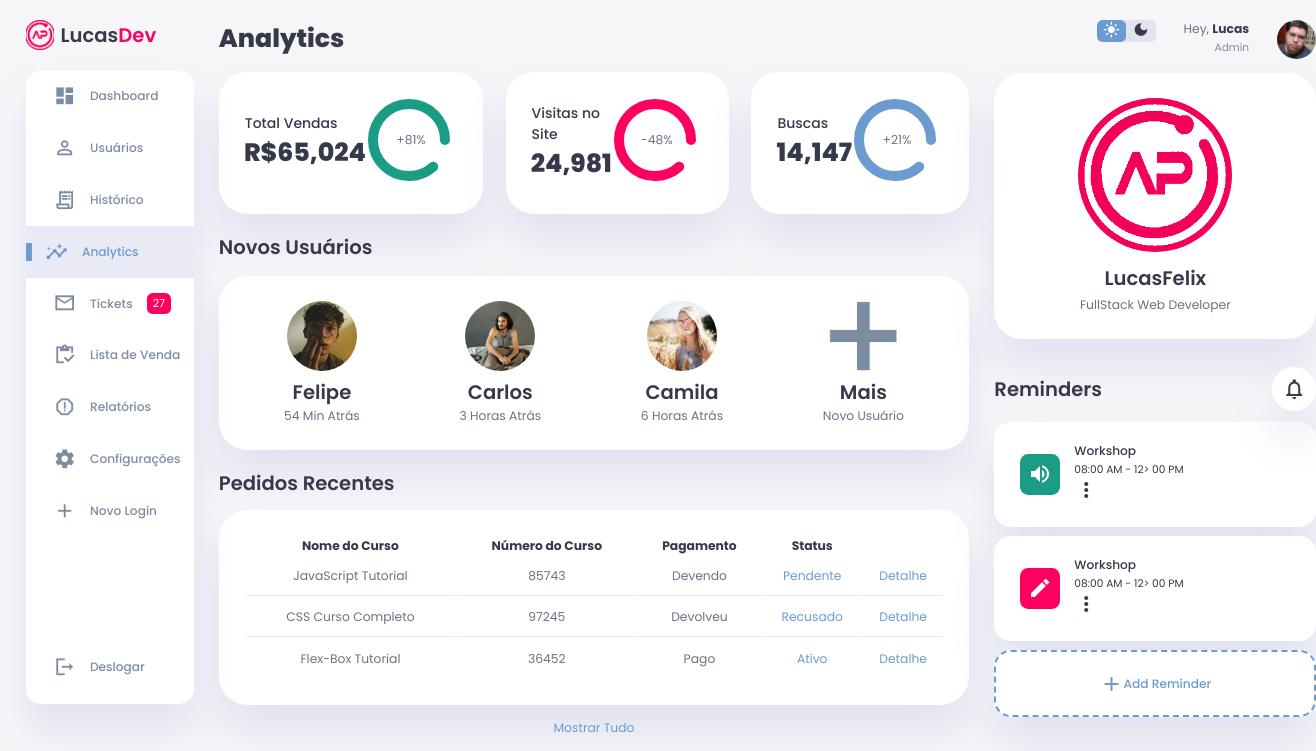
Repository: pheonix5/ProjetosRN-linux
Page: DashBoard/index.html
An editor plug-in stored every save of this project. The page is shown before and after the next save, followed by the edit.
The browser window is 1280 px wide. The page is 1316 px wide, so the pictures cover 1316 px, including what lies to the right of the window. The pictures show the whole page.

Above is the page before, as saved 2023-08-06 04:07:30.

### DashBoard/index.html
<!DOCTYPE html>
<html lang="pt-br">

<head>
  <meta charset="UTF-8">
  <meta name="viewport" content="width=device-width, initial-scale=1.0">
  <link href="https://fonts.googleapis.com/icon?family=Material+Icons+Sharp" rel="stylesheet">
  <link rel="stylesheet" href="style.css">
  <title>Responsive Dashboard Design #1</title>
</head>

<body>

  <div class="container">
    <!-- Siderbar Section -->
    <aside>
      <div class="toggle">
        <div class="logo">
          <img src="images/logo.png">
          <h2>Lucas<span class="danger">Dev</span></h2>
        </div>
        <div class="close" id="close-btn">
          <span class="material-icons-sharp">
            close
          </span>
        </div>
      </div>

      <div class="sidebar">
        <a href="#">
          <span class="material-icons-sharp">
            dashboard
          </span>
          <h3>Dashboard</h3>
        </a>
        <a href="#">
          <span class="material-icons-sharp">
            person_outline
          </span>
          <h3>Usuários</h3>
        </a>
        <a href="#">
          <span class="material-icons-sharp">
            receipt_long
          </span>
          <h3>Histórico</h3>
        </a>
        <a href="#" class="active">
          <span class="material-icons-sharp">
            insights
          </span>
          <h3>Analytics</h3>
        </a>
        <a href="#">
          <span class="material-icons-sharp">
            mail_outline
          </span>
          <h3>Tickets</h3>
          <span class="message_count">27</span>
        </a>
        <a href="#">
          <span class="material-icons-sharp">
            inventory
          </span>
          <h3>Lista de Venda</h3>
        </a>
        <a href="#">
          <span class="material-icons-sharp">
            report_gmailerrorred
          </span>
          <h3>Relatórios</h3>
        </a>
        <a href="#">
          <span class="material-icons-sharp">
            settings
          </span>
          <h3>Configurações</h3>
        </a>
        <a href="#">
          <span class="material-icons-sharp">
            add
          </span>
          <h3>Novo Login</h3>
        </a>
        <a href="#">
          <span class="material-icons-sharp">
            logout
          </span>
          <h3>Deslogar</h3>
        </a>
      </div>
    </aside>
    <!-- Fim da Seção do Sidebar-->

    <!-- Main Content-->
    <main>
      <h1>Analytics</h1>
      <!-- Analyses -->
      <div class="analyse">
        <div class="sales">
          <div class="status">
            <div class="info">
              <h3>Total Vendas</h3>
              <h1>R$65,024</h1>
            </div>
            <div class="progresss">
              <svg>
                <circle cx="38" cy="38" r="36"></circle>
              </svg>
              <div class="percentage">
                <p>+81%</p>
              </div>
            </div>
          </div>
        </div>

        <div class="visits">
          <div class="status">
            <div class="info">
              <h3>Visitas no Site</h3>
              <h1>24,981</h1>
            </div>
            <div class="progresss">
              <svg>
                <circle cx="38" cy="38" r="36"></circle>
              </svg>
              <div class="percentage">
                <p>-48%</p>
              </div>
            </div>
          </div>
        </div>

        <div class="searches">
          <div class="status">
            <div class="info">
              <h3>Buscas</h3>
              <h1>14,147</h1>
            </div>
            <div class="progresss">
              <svg>
                <circle cx="38" cy="38" r="36"></circle>
              </svg>
              <div class="percentage">
                <p>+21%</p>
              </div>
            </div>
          </div>
        </div>
      </div>
      <!-- End Of Analyses -->

      <!--  New Users Section -->
      <div class="new-users">
        <h2>Novos Usuários</h2>
        <div class="user-list">
          <div class="user">
            <img src="images/profile-2.jpg">
            <h2>Felipe</h2>
            <p>54 Min Atrás</p>
          </div>
          <div class="user">
            <img src="images/profile-3.jpg">
            <h2>Carlos</h2>
            <p>3 Horas Atrás</p>
          </div>
          <div class="user">
            <img src="images/profile-4.jpg">
            <h2>Camila</h2>
            <p>6 Horas Atrás</p>
          </div>
          <div class="user">
            <img src="images/plus.png">
            <h2>Mais</h2>
            <p>Novo Usuário</p>
          </div>
        </div>
      </div>
      <!-- End of New Users Section -->


      <!-- Recente Orders Table -->
      <div class="recent-orders">
        <h2>Pedidos Recentes</h2>
        <table>
          <thead>
            <tr>
              <th>Nome do  Curso</th>
              <th>Número do Curso</th>
              <th>Pagamento</th>
              <th>Status</th>
              <th></th>
            </tr>
          </thead>
          <tbody>

          </tbody>
        </table>
        <a href="#">Mostrar Tudo</a>
      </div>
      <!-- End of Recent Orders -->

    </main>
    <!-- End of Main Content -->

    <!-- Right Section-->
    <div class="right-section">
      <div class="nav">
        <button id="menu-btn">
          <span class="material-icons-sharp">
            menu
          </span>
        </button>
        <div class="dark-mode">
          <span class="material-icons-sharp active">
            light_mode
          </span>
          <span class="material-icons-sharp">
            dark_mode
          </span>
        </div>

        <div class="profile">
          <div class="info">
            <p>Hey, <b>Lucas</b></p>
            <small class="text-muted">Admin</small>
          </div>
          <div class="profile-photo">
            <img src="images/perfilgordo.png">
          </div>
        </div>

      </div>
      <!-- End of Nav -->

      <div class="user-profile">
        <div class="logo">
          <img src="images/logo.png">
          <h2>LucasFelix</h2>
          <p>FullStack Web Developer</p>
        </div>
      </div>

      <div class="reminders">
        <div class="header">
          <h2>Reminders</h2>
          <span class="material-icons-sharp">
            notifications_none
          </span>
        </div>

        <div class="notification">
          <div class="icon">
            <span class="material-icons-sharp">
              volume_up
            </span>
          </div>
          <div class="content">
            <div class="info">
              <h3>Workshop</h3>
              <small class="text_muted">
                08:00 AM - 12> 00 PM
              </small>
            </div>
            <span class="material-icons-sharp">
              more_vert
            </span>
          </div>
        </div>

        <div class="notification deactive">
          <div class="icon">
            <span class="material-icons-sharp">
              edit
            </span>
          </div>
          <div class="content">
            <div class="info">
              <h3>Workshop</h3>
              <small class="text_muted">
                08:00 AM - 12> 00 PM
              </small>
            </div>
            <span class="material-icons-sharp">
              more_vert
            </span>
          </div>
        </div>

        <div class="notification add-reminder">
          <div>
            <span class="material-icons-sharp">
              add
            </span>
            <h3>Add Reminder</h3>
          </div>
        </div>

      </div>
    </div>


  </div>

  <script src="orders.js"></script>
  <script src="index.js"></script>
</body>

</html>

### DashBoard/style.css
@import url('https://fonts.googleapis.com/css2?family=Barlow:ital,wght@0,100;0,200;0,300;0,400;0,500;0,600;0,700;0,800;0,900;1,100;1,200;1,300;1,400;1,500;1,600;1,700;1,800;1,900&family=Poppins:wght@300;400;500;600;700;800&display=swap');

:root{
  --color-primary: #6C9BCF;
    --color-danger: #FF0060;
    --color-success: #1B9C85;
    --color-warning: #F7D060;
    --color-white: #fff;
    --color-info-dark: #7d8da1;
    --color-dark: #363949;
    --color-light: rgba(132, 139, 200, 0.18);
    --color-dark-variant: #677483;
    --color-background: #f6f6f9;

    --card-border-radius: 2rem;
    --border-radius-1: 0.4rem;
    --border-radius-2: 1.2rem;

    --card-padding: 1.8rem;
    --padding-1: 1.2rem;

    --box-shadow: 0 2rem 3rem var(--color-light);
}

.dark-mode-variables{
  --color-background: #181a1e;
    --color-white: #202528;
    --color-dark: #edeffd;
    --color-dark-variant: #a3bdcc;
    --color-light: rgba(0, 0, 0, 0.4);
    --box-shadow: 0 2rem 3rem var(--color-light);
}

*{
  margin: 0;
  padding: 0;
  outline: 0;
  appearance: 0;
  border: 0;
  text-decoration: none;
  box-sizing: border-box;
}

html{
  font-size: 14px;
}

body{
  width: 100vw;
  height: 100vh;
  font-family: 'Poppins', sans-serif;
  font-size: 0.88rem;
  user-select: none;
  overflow-x: hidden;
  color: var(--color-dark);
  background-color: var(--color-background);
}

a{
  color: var(--color-dark);
}

img{
  display: block;
  width: 100%;
  object-fit: cover;
}

h1{
  font-weight: 800;
  font-size: 1.8rem;
}

h2{
  font-weight: 600;
  font-size: 1.4rem;
}

h3{
  font-weight: 500;
  font-size: 0.87rem;
}

small{
  font-size: 0.76rem;
}

p{
  color: var(--color-dark-variant);
}

b{
  color: var(--color-dark);
}

.text-muted{
  color: var(--color-info-dark);
}

.primary{
  color: var(--color-primary);
}

.danger{
  color: var(--color-danger);
}

.sucess{
  color: var(--color-success);
}

.warning{
  color: var(--color-warning);
}

.container{
  display: grid;
  width: 96%;
  margin: 0 auto;
  gap: 1.8rem;
  grid-template-columns: 12rem auto 23rem;
}

aside{
  height: 100vh;
}

aside .toggle{
  display: flex;
  align-items: center;
  justify-content: space-between;
  margin-top: 1.4rem;
}

aside .toggle .logo{
  display: flex;
  gap: 0.5rem;
}

aside .toggle .logo img{
  width: 2rem;
  width: 2rem;
}

aside .toggle .close{
  padding-right: 1rem;
  display: none;
}

aside .sidebar{
  display: flex;
  flex-direction: column;
  background-color: var(--color-white);
  box-shadow: var(--box-shadow);
  border-radius: 15px;
  height: 88vh;
  position: relative;
  top: 1.5rem;
  transition: all 0.3s ease;
}

aside .sidebar:hover{
  box-shadow: none;
}

aside .sidebar a{
  display: flex;
  align-items: center;
  color:  var(--color-info-dark);
  height: 3.7rem;
  gap: 1rem;
  position: relative;
  margin-left: 2rem;
  transition: all 0.3s ease;
}

aside .sidebar a span{
  font-size: 1.6rem;
  transition: all 0.3s ease;
}

aside .sidebar a:last-child{
  position: absolute;
  bottom: 0.8rem;
  width: 100%;
}

aside .sidebar a.active{
  width: 100%;
  color: var(--color-primary);
  background-color: var(--color-light);
  margin-left: 0;
}

aside .sidebar a.active::before{
  content: '';
  width: 6px;
  height: 18px;
  background-color: var(--color-primary);
}

aside .sidebar a.active span{
  color: var(--color-primary);
  margin-left: calc(1rem -3px);
}

aside .sidebar a:hover{
  color: var(--color-primary);
}

aside .sidebar a:hover span{
  margin-left: 0.6rem;
}

aside .sidebar .message_count{
  background-color: var(--color-danger);
  padding: 2px 6px;
  color: var(--color-white);
  font-size: 11px;
  border-radius: var(--border-radius-1);
}

main{
  margin-top: 1.4rem;
}

main .analyse{
  display: grid;
  grid-template-columns: repeat(3, 1fr);
  gap: 1.6rem;
}

main .analyse > div{
  background-color: var(--color-white);
  padding: var(--card-padding);
  border-radius: var(--card-border-radius);
  margin-top: 1rem;
  box-shadow: var(--box-shadow);
  cursor: pointer;
  transition: all 0.3s ease;
}

main .analyse > div:hover{
  box-shadow: none;
}

main .analyse > div .status{
  display: flex;
  align-items: center;
  justify-content: space-between;
}


main .analyse h3{
  margin-left: .06rem;
  font-size: 1rem;
}

main .analyse .progresss{
  position: relative;
  width: 92px;
  height: 92px;
  border-radius: 50%;
}

main .analyse svg{
  width: 7rem;
  height: 7rem;
}

main .analyse svg circle{
  fill: none;
  stroke-width: 10;
  stroke-linecap: round;
  transform: translate(5px, 5px);
}

main .analyse .sales svg circle{
  stroke: var(--color-success);
  stroke-dashoffset: -30;
  stroke-dasharray: 200;
}

main .analyse .visits svg circle{
  stroke: var(--color-danger);
  stroke-dashoffset: -30;
  stroke-dasharray: 200;
}

main .analyse .searches svg circle{
  stroke: var(--color-primary);
  stroke-dashoffset: -30;
  stroke-dasharray: 200;
}

main .analyse .progresss .percentage{
  position: absolute;
  top: -3px;
  left: -1px;
  display: flex;
  align-items: center;
  justify-content: center;
  height: 100%;
  width: 100%;
}

main .new-users{
  margin-top: 1.3rem;
}

main .new-users .user-list{
  background-color: var(--color-white);
  padding: var(--card-padding);
  border-radius: var(--card-border-radius);
  margin-top: 1rem;
  box-shadow: var(--box-shadow);
  display: flex;
  justify-content: space-around;
  flex-wrap: wrap;
  gap: 1.4rem;
  transition: all 0.3s ease;
}

main .new-users .user-list:hover{
  box-shadow: none;
}

main .new-users .user-list .user{
  display: flex;
  flex-direction: column;
  align-items: center;
  justify-content: center;
}

main .new-users .user-list .user img{
  width: 5rem;
  height: 5rem;
  margin-bottom: 0.4rem;
  border-radius: 50%;
}

main .recent-orders{
  margin-top: 1.3rem;
}

main .recent-orders h2{
  margin-bottom: 0.8rem;
}

main .recent-orders table{
  background-color: var(--color-white);
  width: 100%;
  padding: var(--card-padding);
  text-align: center;
  box-shadow: var(--box-shadow);
  border-radius: var(--card-border-radius);
  transition: all 0.3s ease;
}

main .recent-orders table:hover{
  box-shadow: none;
}

main table tbody td{
  height: 2.8rem;
  border-bottom: 1px solid var(--color-light);
  color: var(--color-dark-variant);
}

main table tbody tr:last-child td{
  border: none;
}

main .recent-orders a{
  text-align: center;
  display: block;
  margin: 1rem auto;
  color:  var(--color-primary);
}

.right-section{
  margin-top: 1.4rem;
}

.right-section .nav{
  display: flex;
  justify-content: end;
  gap: 2rem;
}

.right-section .nav button{
  display: none;
}

.right-section .dark-mode{
  background-color: var(--color-light);
  display: flex;
  justify-content: space-between;
  align-items: center;
  height: 1.6rem;
  width: 4.2rem;
  cursor: pointer;
  border-radius: var(--border-radius-1);
}

.right-section .dark-mode span{
  font-size: 1.2rem;
  width: 50%;
  height: 100%;
  display: flex;
  align-items: center;
  justify-content: center;
}

.right-section .dark-mode span.active{
  background-color: var(--color-primary);
  color: white;
  border-radius: var(--border-radius-1);
}

.right-section .nav .profile{
  display: flex;
  gap: 2rem;
  text-align: right;
}
.right-section .nav .profile .profile-photo{
  width: 2.8rem;
  height: 2.8rem;
  border-radius: 50%;
  overflow: hidden;
}

.right-section .user-profile{
  display: flex;
  justify-content: center;
  text-align: center;
  margin-top: 1rem;
  background-color: var(--color-white);
  padding:  var(--card-padding);
  border-radius: var(--card-border-radius);
  box-shadow: var(--box-shadow);
  cursor: pointer;
  transition: all 0.3s ease;
}

.right-section .user-profile:hover{
  box-shadow: none;
}

.right-section .user-profile img{
  width: 11rem;
  height: auto;
  margin-bottom: 0.8rem;
  border-radius: 50%;
}

.right-section .user-profile h2{
  margin-bottom: 0.2rem;
}

.right-section .reminders{
  margin-top: 2rem;
}

.right-section .reminders .header{
  display: flex;
  align-items: center;
  justify-content: space-between;
  margin-bottom: 0.8rem;
}

.right-section .reminders .header span{
  padding: 10px;
  box-shadow: var(--box-shadow);
  background-color: var(--color-white);
  border-radius: 50%;
}

.right-section .reminders .notification{
  background-color: var(--color-white);
  display: flex;
  align-items: center;
  gap: 1rem;
  margin-bottom: 0.7rem;
  padding: 1.4rem var(--card-padding);
  border-radius: var(--border-radius-2);
  box-shadow: var(--box-shadow);
  cursor: pointer;
  transition: all 0.3s ease;
}

.right-section .reminders .notification:hover{
  box-shadow: none;
}

.recent-orders .reminders .notification .content{
  display: flex;
  justify-content: space-between;
  align-items: center;
  margin: 0;
  width: 100%;
}

.right-section .reminders .notification .icon{
  padding: 0.6rem;
  color:  var(--color-white);
  background-color: var(--color-success);
  border-radius: 20%;
  display: flex;
}

.right-section .reminders .notification.deactive .icon{
  background-color: var(--color-danger);
}

.right-section .reminders .add-reminder{
  background-color: var(--color-white);
  border: 2px dashed var(--color-primary);
  color: var(--color-primary);
  display: flex;
  align-items: center;
  justify-content: center;
  cursor: pointer;
}

.right-section .reminders .add-reminder:hover{
  background-color: var(--color-primary);
  color: white;
}

.right-section .reminders .add-reminder div{
  display: flex;
  align-items: center;
  grid-area: 0.6rem;
}

@media screen and (max-width: 1200px) {
  .container{
    width: 96%;
    grid-template-columns: 7rem auto 23rem;
  }


  aside .logo h2{
    display: none;
  }

  aside .sidebar h3{
    display: none;
  }

  aside .sidebar a{
    width: 5.6rem;
  }

  aside .sidebar a:last-child{
    position: relative;
    margin-top: 1.8rem;
  }

  main .analyse{
    grid-template-columns:  1fr;
    gap: 0;
  }

  main .new-users .user-list .user{
    flex-basis: 40%;
  }

  main .recent-orders{
    width: 94%;
    position: absolute;
    left: 50%;
    transform: translateX(-50%);
    margin: 2rem 0 0 0.8rem;
  }

  main .recent-orders table{
    width: 83vw;
  }

  main table thead tr th:last-child,
  main table thead tr th:first-child{
    display: none;
  }

  main table tbody tr td:last-child,
  main table tbody tr td:first-child{
    display: none;
  }
}

@media screen  and (max-width: 768px){
  .container{
    width: 100%;
    grid-template-columns: 1fr;
    padding: var(--padding-1);
  }

  aside{
    position: fixed;
    background-color: var(--color-white);
    width: 15rem;
    z-index: 3;
    box-shadow: 1rem 3rem 4rem var(--color-light);
    height: 100vh;
    left: -100%;
    display: none;
    animation: showMenu 0.4s ease forwards
  }

  @keyframes showMenu {
    to{
      left: 0;
    }
  }

  aside .logo{
    margin-left: 1rem;
  }

  aside .logo h2{
    display: inline;
  }

  aside .sidebar h3{
    display: inline;
  }

  aside .sidebar a{
    width: 100%;
    height: 3.4rem;
  }

  aside .sidebar a:last-child{
    position: absolute;
    bottom: 5rem;
  }

  aside .toggle .close{
    display: inline-block;
    cursor: pointer;
  }

  main{
    margin-top: 8rem;
    padding: 0 1rem;
  }

  main .new-users .user-list .user{
    flex-basis: 35%;
  }

  main .recent-orders{
    position: relative;
    margin: 3rem 0 0 0;
    width: 100%;
  }

  main .recent-orders table{
    width: 100%;
    margin: 0;
  }

  .right-section{
    width: 94%;
    margin: 0 auto 4rem;
   }

   .right-section .nav{
    position: fixed;
    top: 0;
    left: 0;
    align-items: center;
    background-color: var(--color-white);
    padding: 0 var(--padding-1);
    height: 4.6rem;
    width: 100%;
    z-index: 2;
    box-shadow: 0 1rem 1rem var(--color-light);
    margin: 0;
   }

   .right-section .nav .dark-mode{
    width: 4.4rem;
    position: absolute;
    left: 66%;
   }

   .right-section .profile .info{
    display: none;
   }

   .right-section .nav button{
    display: inline-block;
    background-color: transparent;
    cursor: pointer;
    color: var(--color-dark);
    position: absolute;
    left: 1rem;
   }

   .right-section .nav button span{
    font-size: 2rem;
   }

}

### DashBoard/orders.js
const Orders = [
  {
    productName: 'JavaScript Tutorial',
    productNumber: '85743',
    paymentStatus: 'Devendo',
    status: 'Pendente'
  },
  {
    productName: 'CSS Curso Completo',
    productNumber: '97245',
    paymentStatus: 'Devolveu',
    status: 'Recusado'
  },
  {
    productName: 'Flex-Box Tutorial',
    productNumber: '36452',
    paymentStatus: 'Pago',
    status: 'Ativo'
  },
]

### DashBoard/index.js
const sideMenu = document.querySelector('aside');
const menuBtn = document.getElementById('menu-btn');
const closeBtn = document.getElementById('close-btn');

const darkMode = document.querySelector('.dark-mode');

menuBtn.addEventListener('click', () => {
  sideMenu.style.display = 'block';
});

closeBtn.addEventListener('click', () => {
  sideMenu.style.display = 'none';
})

darkMode.addEventListener('click', () => {
  document.body.classList.toggle('dark-mode-variables');
  darkMode.querySelector('span:nth-child(1)').classList.toggle('ative');
  darkMode.querySelector('span:nth-child(2)').classList.toggle('ative');
})

Orders.forEach(order => {
  const tr = document.createElement('tr');
  const trContent = `
    <td>${order.productName}</td>
    <td>${order.productNumber}</td>
    <td>${order.paymentStatus}</td>
    <td class="${order.status === 'Declined' ? 'danger' : order.status === 'Pending' ? 'warning' : 'primary'}">${order.status}</td>
    <td class="primary">Detalhe</td>
  ` ;
  tr.innerHTML = trContent;
  document.querySelector('table tbody').appendChild(tr)
})

After the next save:
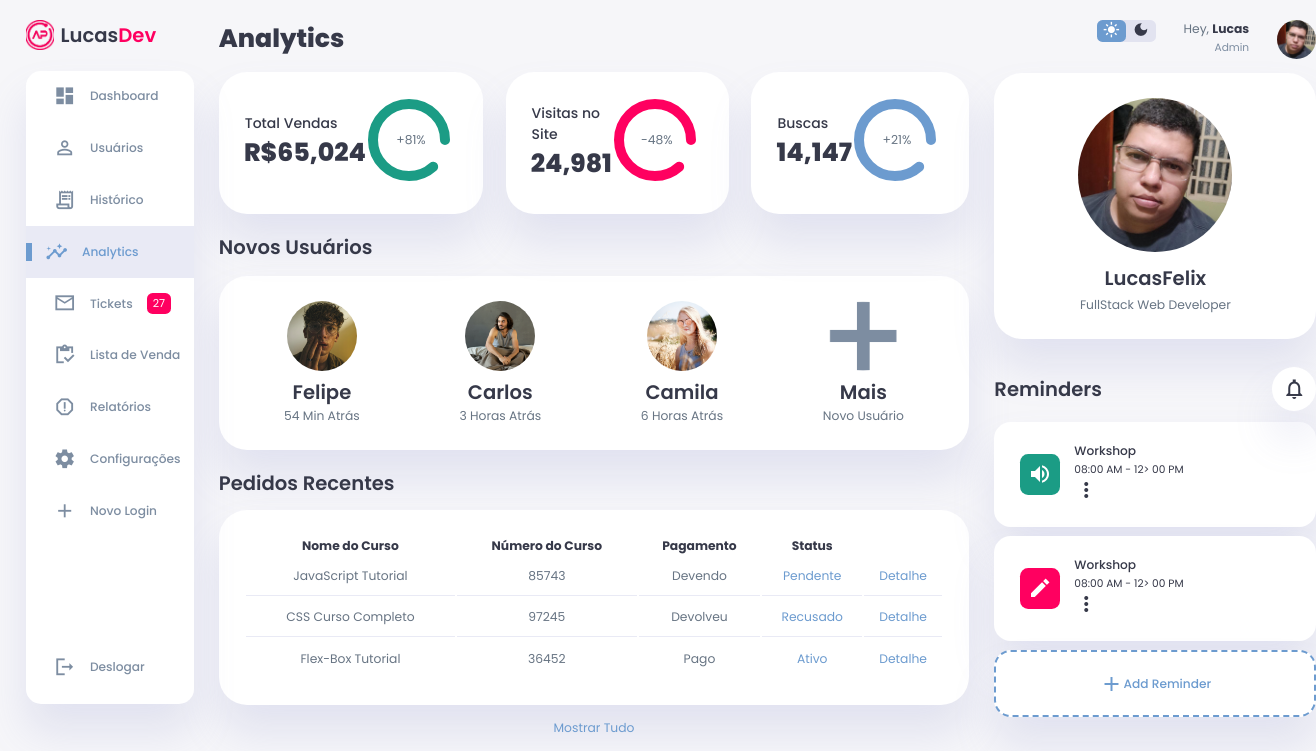
Saved 10 s later.
--- a/DashBoard/index.html
+++ b/DashBoard/index.html
@@ -235,7 +235,7 @@
 
       <div class="user-profile">
         <div class="logo">
-          <img src="images/logo.png">
+          <img src="images/perfilgordo.png">
           <h2>LucasFelix</h2>
           <p>FullStack Web Developer</p>
         </div>
